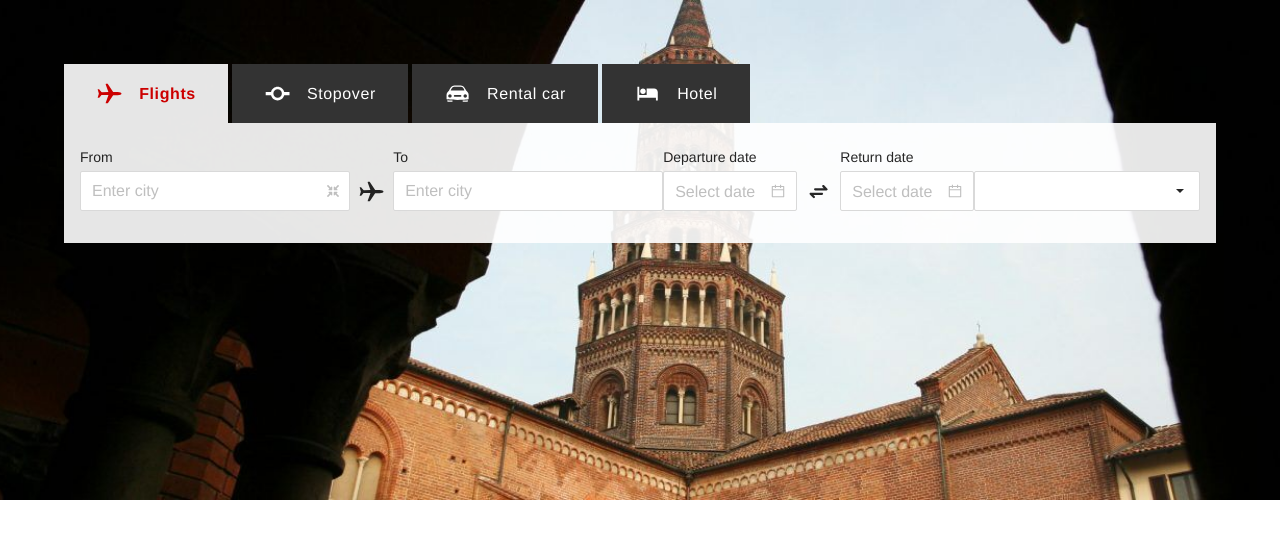
Repository: guidogr95/Everymundo-Excercise
Page: /
These files come from the project's save history. The page is drawn as it stood at one moment and after the next save; the edit follows.
The browser window is 1280 px wide. The pictures show the whole page.
The project was rebuilt for these pictures with package versions that can differ from the ones it lists, and the page was loaded fresh each time. Also part of the build but not shown: src/components/CustomSpin/customspin.scss.

Above is the page before, as saved 2021-07-01 20:34:41.

After the next save:
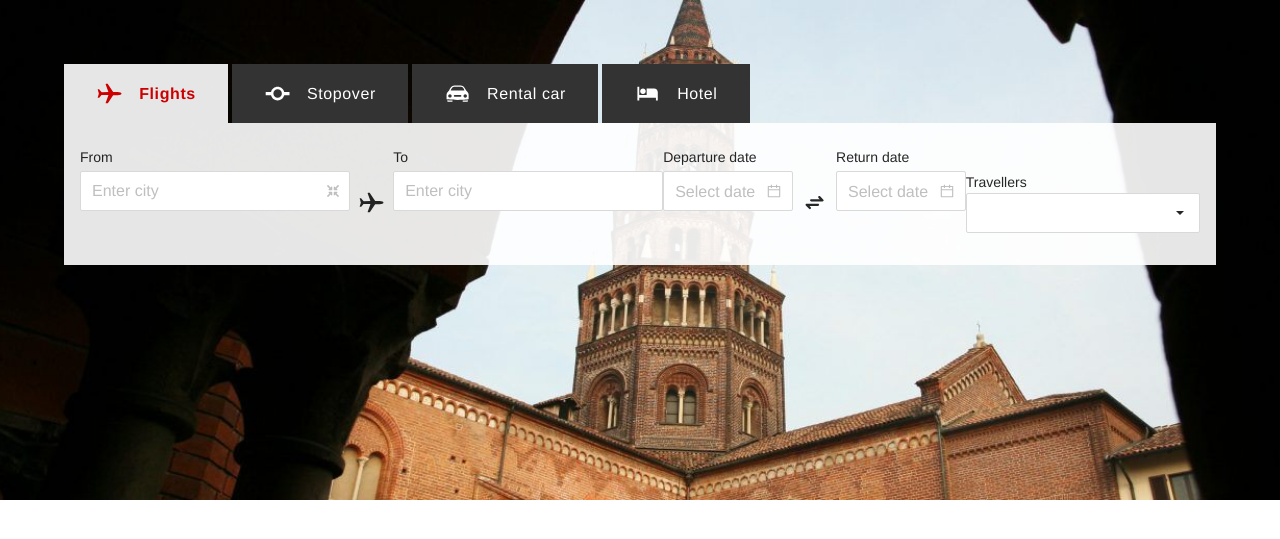
Saved 31 s later.
--- a/src/components/BookingMask/FlightsTab/index.jsx
+++ b/src/components/BookingMask/FlightsTab/index.jsx
@@ -11,7 +11,10 @@ export default function FlightsTab () {
     <div className="bookingmask__flight" >
       <AirportInputs/>
       <DateInputs/>
-      <PassengersInput/>
+      <PassengersInput
+        label="Travellers"
+        id={"passInput"}
+      />
     </div>
   )
 }
